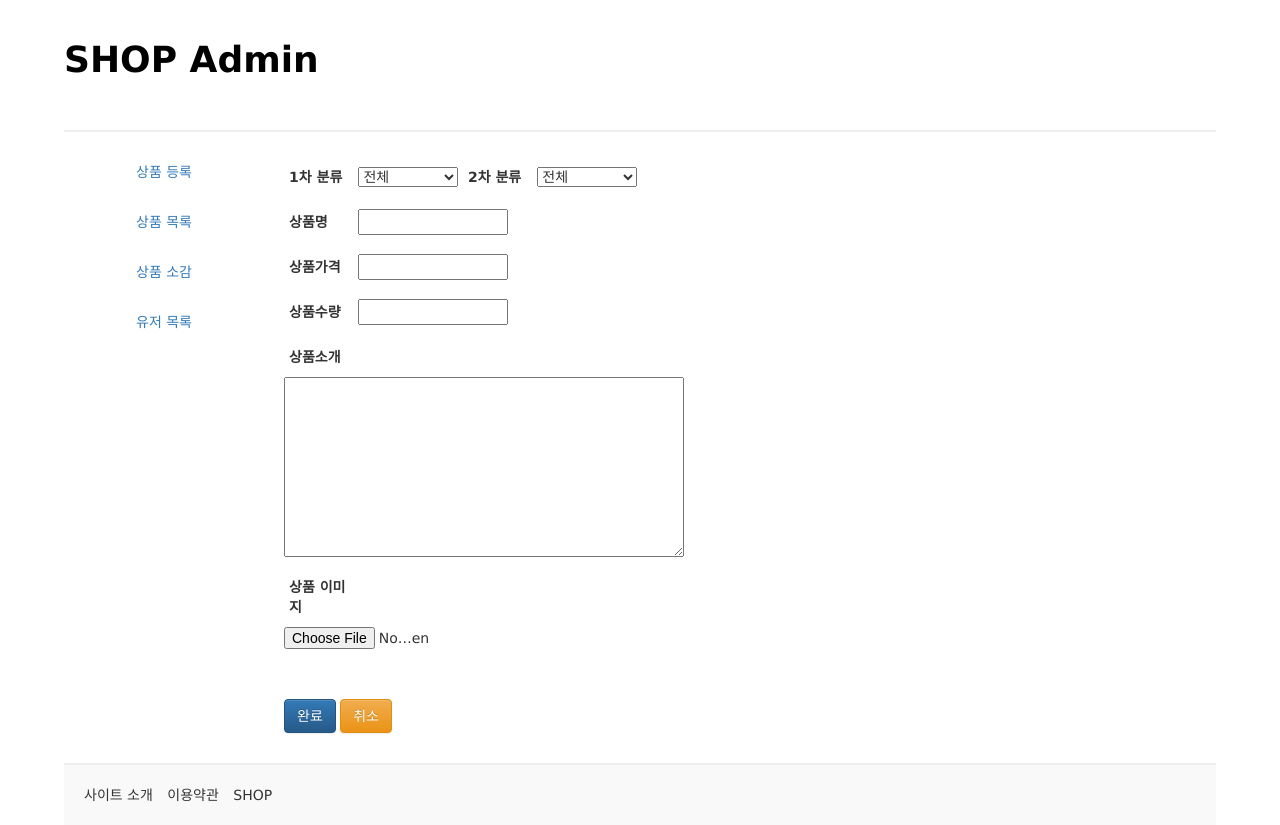
Repository: leesoonyong/shopping-mall
Page: http://localhost/shop/WEB-INF/views/admin/goods/modify.jsp
An editor plug-in stored every save of this project. The page is shown before and after a run of saves, followed by the edit.
The browser window is 1280 px wide. The pictures show the whole page.
The page is served by Tomcat 9. Nobody is signed in. Other server files are loaded and not shown. The template is opened directly, without the code that normally fills it, so the values that code supplies are empty.

Above is the page before, as saved 2020-09-13 07:35:14.
Console error: ReferenceError: ckeditor_config is not defined

### shop/src/main/webapp/WEB-INF/views/admin/goods/modify.jsp
<%@ taglib uri="http://java.sun.com/jsp/jstl/core" prefix="c" %>
<%@ page language="java" contentType="text/html; charset=UTF-8" pageEncoding="UTF-8"%>
<!DOCTYPE html>
<html>
<head>
<meta charset="UTF-8">
<script src='https://code.jquery.com/jquery-3.3.1.min.js'></script>
<link rel="stylesheet" href="/resources/bootstrap/css/bootstrap.min.css">
<link rel="stylesheet" href="/resources/bootstrap/css/bootstrap-theme.min.css">
<script src="/resources/bootstrap/js/bootstrap.min.js"></script>
<script src="https://maxcdn.bootstrapcdn.com/bootstrap/3.3.2/js/bootstrap.min.js"></script>
<script src="/resources/ckeditor/ckeditor.js"></script>
<style>
body {
	font-family: '맑은 고딕', verdana;
	padding: 0;
	margin: 0;
}

ul {
	padding: 0;
	margin: 0;
	list-style: none;
}

div#root {
	width: 90%;
	margin: 0 auto;
}

header#header {
	font-size: 60px;
	padding: 20px 0;
}

header#header h1 a {
	color: #000;
	font-weight: bold;
}

nav#nav {
	padding: 10px;
	text-align: right;
}

nav#nav ul li {
	display: inline-block;
	margin-left: 10px;
}

section#container {
	padding: 20px 0;
	border-top: 2px solid #eee;
	border-bottom: 2px solid #eee;
}

section#container::after {
	content: "";
	display: block;
	clear: both;
}

aside {
	float: left;
	width: 200px;
}

div#container_box {
	float: right;
	width: calc(100% - 200px - 20px);
}

aside ul li {
	text-align: center;
	margin-bottom: 10px;
}

aside ul li a {
	display: block;
	width: 100%;
	padding: 10px 0;
	text-align: center;
	margin-bottom: 10px;
}

aside ul li a:hover {
	background: #eee;
}

footer#footer {
	background: #f9f9f9;
	padding: 20px;
}

footer#footer ul li {
	display: inline-block;
	margin-right: 10px;
}

.inputArea {
	margin: 10px 0;
}

select {
	width: 100px;
}

label {
	display: inline-block;
	width: 70px;
	padding: 5px;
}

label[for='gdsDes'] {
	display: block;
}

input {
	width: 150px;
}

textarea#gdsDes {
	width: 400px;
	height: 180px;
}
.select_img img{
	width:500px;
	margin:20px 0;
}
</style>
</head>
<body>
<div id="root">
	<header id="header">
		<div id="header_box">
			<%@ include file="../include/header.jsp" %>
		</div>
	</header>

	<nav id="nav">
		<div id="nav_box">
			<%@ include file="../include/nav.jsp" %>
		</div>
	</nav>

	<section id="container">
		<aside>
			<%@ include file="../include/aside.jsp" %>
		</aside>
		<div id="container_box">
				<form role="form" method="post" autocomplete="off" enctype="multipart/form-data">
				<input type="hidden" name="gdsNum" value="${goods.gdsNum}" />
					<div class="inputArea">
						<label>1차 분류</label>
						<select class="category1">
							<option value="">전체</option>
						</select>
						<label>2차 분류</label>
						<select class="category2" name="cateCode">
							<option value="">전체</option>
						</select>
					</div>
					<div class="inputArea">
						<label for="gdsName">상품명</label> <input type="text" id="gdsName"
							name="gdsName" value="${goods.gdsName}" />
					</div>
					<div class="inputArea">
						<label for="gdsPrice">상품가격</label> <input type="text"
							id="gdsPrice" name="gdsPrice" value="${goods.gdsPrice}" />
					</div>
					<div class="inputArea">
						<label for="gdsStock">상품수량</label> <input type="text"
							id="gdsStock" name="gdsStock" value="${goods.gdsStock}" />
					</div>
					<div class="inputArea">
						<label for="gdsDes">상품소개</label>
						<textarea rows="5" cols="50" id="gdsDes" name="gdsDes">${goods.gdsDes}</textarea>
					</div>
					<script>
						var ckditor_config = {
								resize_enaleb : false,
								enterMode : CKEDITOR.ENTER_BR,
								shiftEnterMode : CKEDITOR.ENTER_P,
								filebrowserUploadUrl : "/admin/goods/ckUpload"
						};

						CKEDITOR.replace("gdsDes", ckeditor_config);
					</script>
					<div class="inputArea">
						<label for="gdsImg">상품 이미지</label>
						<input type="file" id="gdsImg" name="file"/>
						<div class="select_img">
							<img src="${goods.gdsImg}"/>
							<input type="hidden" name="gdsImg" value="${goods.gdsImg }"/>
							<input type="hidden" name="gdsThumbImg" value="${goods.gdsThumbImg }"/>
						</div>
					</div>
					<div class="inputArea">
						<button type="submit" id="update_Btn" class="btn btn-primary">완료</button>
						<button type="submit" id="back_Btn" class="btn btn-warning">취소</button>
					</div>
				</form>
			</div>
	</section>

	<footer id="footer">
		<div id="footer_box">
			<%@ include file="../include/footer.jsp" %>
		</div>
	</footer>
</div>
<script>

$("#back_btn").click(function(){
	alert("성공");
	location.href="/admin/goods/view?n=" + ${goods.gdsNum};
});

//컨트롤러에서 데이터 받기
var jsonData = JSON.parse('${category}');
console.log(jsonData);

var cate1Arr = new Array();
var cate10bj = new Object();


//1차 분류 셀렉트 박스에 삽입할 데이터
for(var i = 0; i< jsonData.length; i++){
	if(jsonData[i].level == "1"){
		cate10bj = new Object();
		cate10bj.cateCode = jsonData[i].cateCode;
		cate10bj.cateName = jsonData[i].cateName;
		cate1Arr.push(cate10bj);
	}
}

var cate1Select = $("select.category1")

for(var i = 0; i < cate1Arr.length; i++) {
 cate1Select.append("<option value='" + cate1Arr[i].cateCode + "'>"
      + cate1Arr[i].cateName + "</option>");
}

$(document).on("change","select.category1",function(){
	var cate2Arr = new Array();
	var cate2Obj = new Object();

	//2차 분류 셀렉트 박스에 삽입할 데이터 준비
	for(var i = 0; i < jsonData.length; i++){
		if(jsonData[i].level == "2"){
			cate2Obj = new Object();
			cate2Obj.cateCode = jsonData[i].cateCode;
			cate2Obj.cateName = jsonData[i].cateName;
			cate2Obj.cateCodeRef = jsonData[i].cateCodeRef;

			cate2Arr.push(cate2Obj);
		}
	}

	var cate2Select = $("select.category2")
	/*
	for(var i = 0; i < cate2Arr.length; i++){
		cate2Select.append("<option value='" + cate2Arr[i].cateCode + "'>"
							+ cate2Arr[i].cateName + "</option>");
	}
	*/
	cate2Select.children().remove();
	$("option:selected", this).each(function(){
		var selectVal = $(this).val();
		cate2Select.append("<option value='"+ selectVal +"'>전체</option>");

		for(var i = 0; i < cate2Arr.length; i++){
			if(selectVal == cate2Arr[i].cateCodeRef){
				cate2Select.append("<option value='" + cate2Arr[i].cateCode + "'>"
									+ cate2Arr[i].cateName + "</option>");
			}
		}
	})
});

var select_cateCode = '${goods.cateCode}';
var select_cateCodeRef = '${goods.cateCodeRef}';
var select_cateName = '${goods.cateName}';
console.log(select_cateCodeRef);

if(select_cateCodeRef != null && select_cateCodeRef != '') {
	 $(".category1").val(select_cateCodeRef);
	 $(".category2").val(select_cateCode);
	 $(".category2").children().remove();
	 $(".category2").append("<option value='"
	       + select_cateCode + "'>" + select_cateName + "</option>");
} else {
 $(".category1").val(select_cateCode);
 //$(".category2").val(select_cateCode);
 // select_cateCod가 부여되지 않는 현상이 있어서 아래 코드로 대체
 $(".category2").append("<option value='" + select_cateCode + "'selected='selected'>전체</option>");
}

$("#gdsImg").change(function(){
	if(this.files && this.files[0]){
		var reader = new FileReader;
		reader.onload = function(data){
			$(".select_img img").attr("src", data.target.result).width(500);
		}
		reader.readAsDataURL(this.files[0]);
	}
})

</script>
</body>
</html>

### shop/src/main/webapp/WEB-INF/views/admin/include/header.jsp
<%@ taglib uri="http://java.sun.com/jsp/jstl/core" prefix="c" %>
<%@ page language="java" contentType="text/html; charset=UTF-8" pageEncoding="UTF-8"%>
<h1 class="title">
	<a href="/admin/index">SHOP Admin</a>
</h1>

### shop/src/main/webapp/WEB-INF/views/admin/include/nav.jsp
<%@ taglib uri="http://java.sun.com/jsp/jstl/core" prefix="c" %>
<%@ page language="java" contentType="text/html; charset=UTF-8" pageEncoding="UTF-8"%>
<ul>
<c:if test="${member != null}">
	<li>
		<a href="/">일반화면</a>
	</li>
	<li>
		<a href="/member/signOut">로그아웃</a>
	</li>
</c:if>
</ul>

### shop/src/main/webapp/WEB-INF/views/admin/include/aside.jsp
<%@ taglib uri="http://java.sun.com/jsp/jstl/core" prefix="c" %>
<%@ page language="java" contentType="text/html; charset=UTF-8" pageEncoding="UTF-8"%>
<ul>
	<li><a href="/admin/goods/register">상품 등록</a></li>
	<li><a href="/admin/goods/list">상품 목록</a></li>
	<li><a href="">상품 소감</a></li>
	<li><a href="">유저 목록</a></li>
</ul>

### shop/src/main/webapp/WEB-INF/views/admin/include/footer.jsp
<%@ taglib uri="http://java.sun.com/jsp/jstl/core" prefix="c" %>
<%@ page language="java" contentType="text/html; charset=UTF-8" pageEncoding="UTF-8"%>
<ul>
	<li>사이트 소개</li>
	<li>이용약관</li>
	<li>SHOP</li>
</ul>

### shop/src/main/webapp/resources/ckeditor/config.js
/**
 * @license Copyright (c) 2003-2020, CKSource - Frederico Knabben. All rights reserved.
 * For licensing, see https://ckeditor.com/legal/ckeditor-oss-license
 */

CKEDITOR.editorConfig = function( config ) {
	// Define changes to default configuration here.
	// For complete reference see:
	// https://ckeditor.com/docs/ckeditor4/latest/api/CKEDITOR_config.html

	// The toolbar groups arrangement, optimized for two toolbar rows.
	config.toolbarGroups = [
		{ name: 'clipboard',   groups: [ 'clipboard', 'undo' ] },
		{ name: 'editing',     groups: [ 'find', 'selection', 'spellchecker' ] },
		{ name: 'links' },
		{ name: 'insert' },
		{ name: 'forms' },
		{ name: 'tools' },
		{ name: 'document',	   groups: [ 'mode', 'document', 'doctools' ] },
		{ name: 'others' },
		'/',
		{ name: 'basicstyles', groups: [ 'basicstyles', 'cleanup' ] },
		{ name: 'paragraph',   groups: [ 'list', 'indent', 'blocks', 'align', 'bidi' ] },
		{ name: 'styles' },
		{ name: 'colors' },
		{ name: 'about' }
	];

	// Remove some buttons provided by the standard plugins, which are
	// not needed in the Standard(s) toolbar.
	config.removeButtons = 'Underline,Subscript,Superscript';

	// Set the most common block elements.
	config.format_tags = 'p;h1;h2;h3;pre';

	// Simplify the dialog windows.
	config.removeDialogTabs = 'image:advanced;link:advanced';
};

Loaded but not shown: shop/src/main/webapp/resources/bootstrap/css/bootstrap.min.css (library); shop/src/main/webapp/resources/bootstrap/css/bootstrap-theme.min.css (library); shop/src/main/webapp/resources/bootstrap/js/bootstrap.min.js (library); shop/src/main/webapp/resources/ckeditor/ckeditor.js (library)

After the next 2 saves:
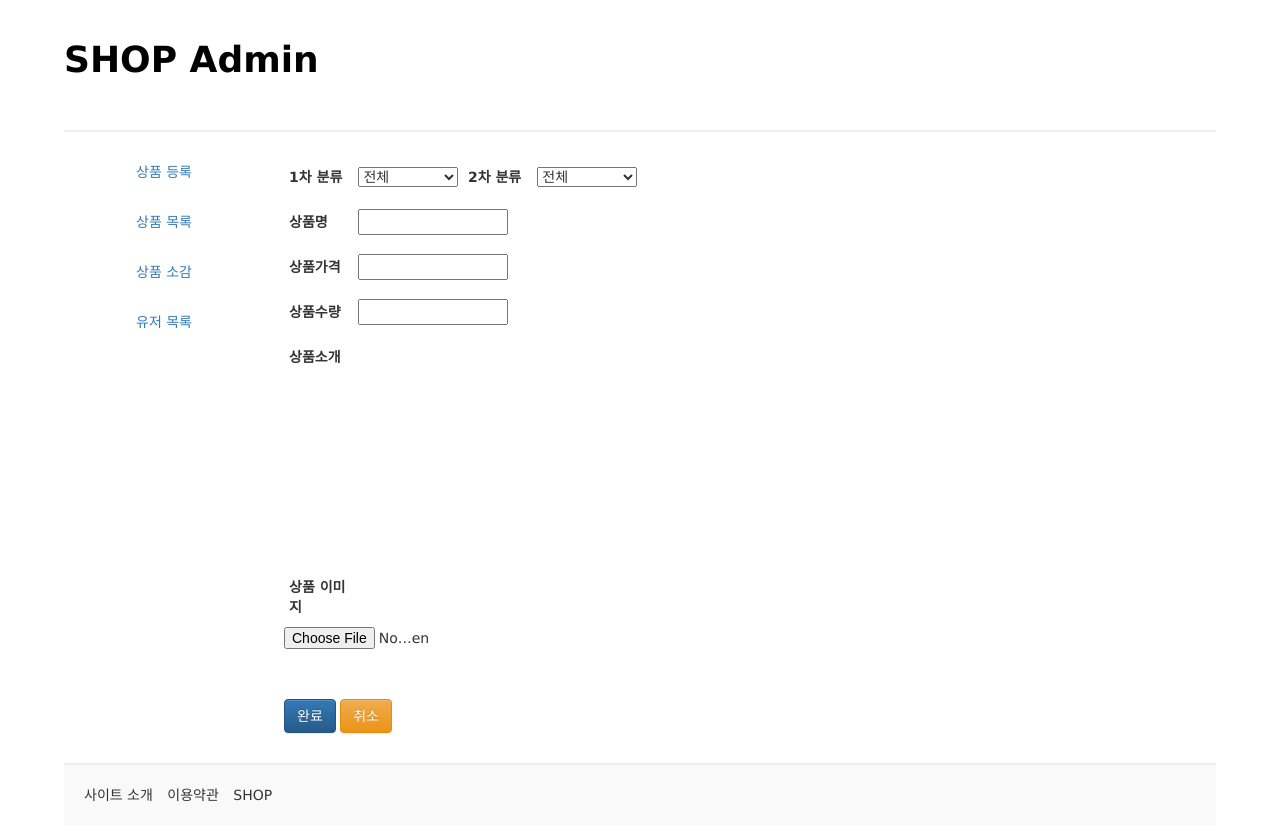
Console error: SyntaxError: Unexpected token ';'
The 2 saves are shown as one change because they came seconds apart.
The last was saved 3 min 19 s later.
--- a/shop/src/main/webapp/WEB-INF/views/admin/goods/modify.jsp
+++ b/shop/src/main/webapp/WEB-INF/views/admin/goods/modify.jsp
@@ -176,12 +176,12 @@
 						<label for="gdsDes">상품소개</label>
 						<textarea rows="5" cols="50" id="gdsDes" name="gdsDes">${goods.gdsDes}</textarea>
 					</div>
-					<script>
-						var ckditor_config = {
-								resize_enaleb : false,
-								enterMode : CKEDITOR.ENTER_BR,
-								shiftEnterMode : CKEDITOR.ENTER_P,
-								filebrowserUploadUrl : "/admin/goods/ckUpload"
+						<script>
+						var ckeditor_config = {
+							resize_enaleb : false,
+							enterMode : CKEDITOR.ENTER_BR,
+							shiftEnterMode : CKEDITOR.ENTER_P,
+							filebrowserUploadUrl : "/admin/goods/ckUpload"
 						};
 
 						CKEDITOR.replace("gdsDes", ckeditor_config);
